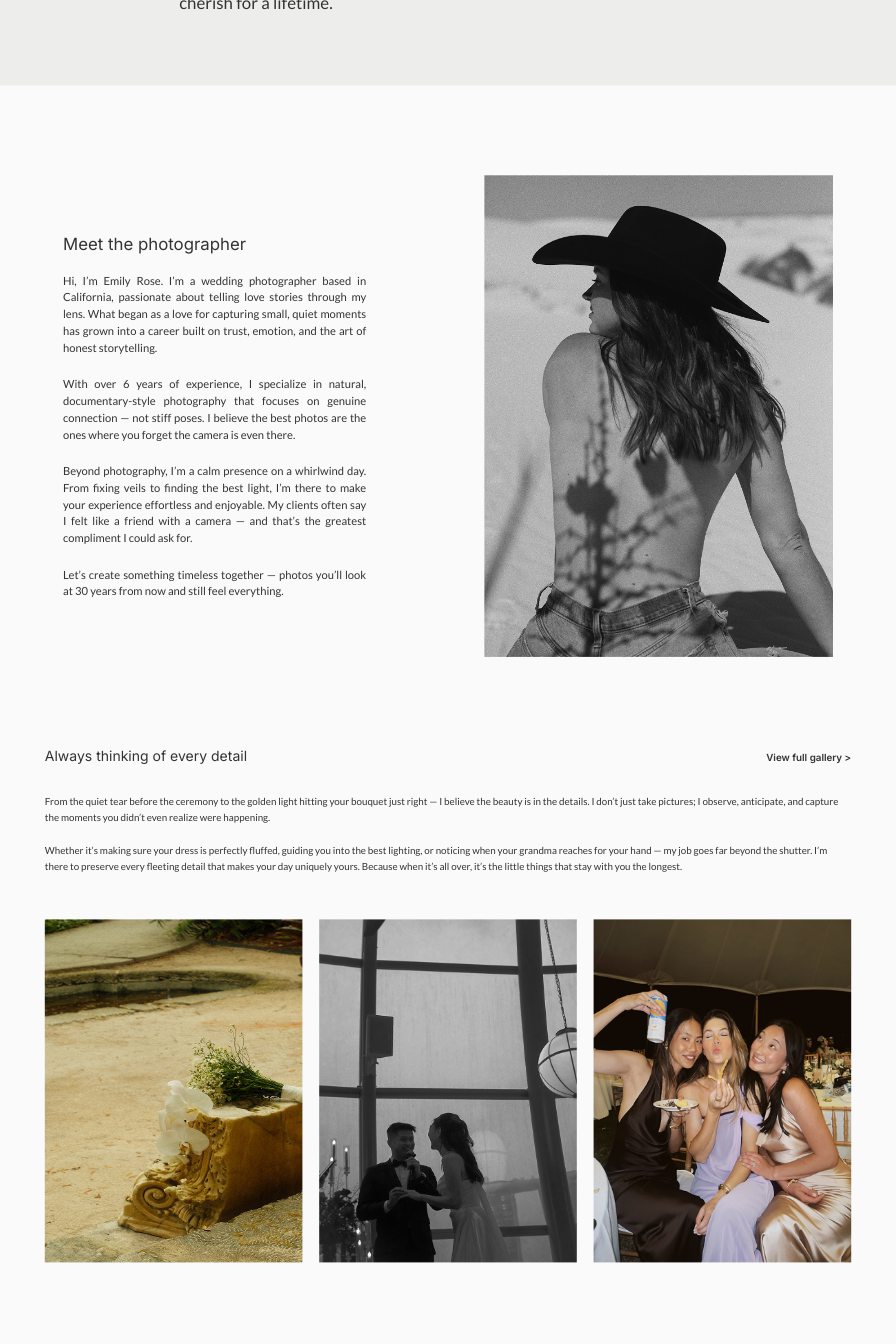
Repository: eduarda-magnago/wt-photography
Page: /
An editor plug-in stored every save of this project. The page is shown before and after the next save, followed by the edit.
The browser window is 1280 px wide. The pictures show the part of the page from y = 949 to 2869 px (the page is 3849 px tall before and 3826 px after), at 70% of full size.
Some web fonts or font styles are not loaded; a fallback is used. The project was rebuilt for these pictures with package versions that can differ from the ones it lists, and the page was loaded fresh each time. The framework's server and built-in components were replaced by stand-ins that run in the browser. Also part of the build but not shown: next.config.ts.

Above is the page before, as saved 2026-10-14 12:45:02.

### app/layout.tsx
import type { Metadata } from "next";
import { Inter, Lato, Cormorant_SC } from "next/font/google";
import Header from "@/components/layout/header";
import Footer from "@/components/layout/footer";
import "./globals.css";

const inter = Inter({
  subsets: ["latin"],
  variable: "--font-inter",
});

const lato = Lato({
  subsets: ["latin"],
  weight: ["300", "400", "700"],
  variable: "--font-lato",
});

const cormorant = Cormorant_SC({
  subsets: ["latin"],
  weight: ["300", "400", "500"],
  variable: "--font-cormorant",
});

export const metadata: Metadata = {
  title: "WT Timeless Photography",
  description: "Timeless wedding photography",
};

export default function RootLayout({
  children,
}: {
  children: React.ReactNode;
}) {
  return (
    <html
      lang="en"
      className={`${inter.variable} ${lato.variable} ${cormorant.variable}`}
    >
      <body className="font-sans antialiased">
        <Header />
        <main>{children}</main>
        <Footer />
      </body>
    </html>
  );
}

### app/page.tsx
import Hero from "@/components/hero";
import Intro from "@/components/home/intro";
import About from "@/components/home/about";
import Details from "@/components/home/details";
import Testimonials from "@/components/home/testimonials";

export default function Home() {
  return (
    <>
      <Hero
        eyebrow="Timeless Wedding Photography"
        title="Capturing the essence of your treasured moments"
        image="/img/hero-bg.jpg"
      />
      <Intro />
      <About />
      <Details />
      <Testimonials />
    </>
  );
}

### components/layout/header.tsx
"use client";

import { useState } from "react";
import Image from "next/image";
import Link from "next/link";

const navLinks = [
  { label: "Home", href: "/" },
  { label: "About me", href: "/#about" },
  { label: "Gallery", href: "/#gallery" },
  { label: "Testimonials", href: "/#testimonials" },
  { label: "Contact Us", href: "/contact#contact-form" },
];

export default function Header() {
  const [open, setOpen] = useState(false);

  return (
    <header className="absolute inset-x-0 top-0 z-30">
      <div className="flex items-start justify-between px-6 py-8 md:px-14">
        <ul className="flex items-center gap-3">
          <li>
            <a
              href="#"
              aria-label="Instagram"
              className="relative block h-[19px] w-[18px] transition-opacity hover:opacity-70"
            >
              <Image
                src="/img/instagram.png"
                alt=""
                fill
                sizes="18px"
                className="object-contain"
              />
            </a>
          </li>
          <li>
            <a
              href="#"
              aria-label="Facebook"
              className="relative block h-[18px] w-[18px] transition-opacity hover:opacity-70"
            >
              <Image
                src="/img/facebook.png"
                alt=""
                fill
                sizes="18px"
                className="object-contain"
              />
            </a>
          </li>
          <li>
            <a
              href="#"
              aria-label="YouTube"
              className="relative block h-[18px] w-[18px] transition-opacity hover:opacity-70"
            >
              <Image
                src="/img/youtube.png"
                alt=""
                fill
                sizes="18px"
                className="object-contain"
              />
            </a>
          </li>
          <li>
            <a
              href="#"
              aria-label="LinkedIn"
              className="relative block h-[18px] w-[18px] transition-opacity hover:opacity-70"
            >
              <Image
                src="/img/linkedin.png"
                alt=""
                fill
                sizes="18px"
                className="object-contain"
              />
            </a>
          </li>
        </ul>

        <button
          type="button"
          onClick={() => setOpen(true)}
          aria-label="Open menu"
          className="relative block h-6 w-9 transition-opacity hover:opacity-70"
        >
          <Image
            src="/img/menu.png"
            alt=""
            fill
            sizes="36px"
            className="object-contain"
          />
        </button>
      </div>

      {open && (
        <div className="fixed inset-0 z-40 flex items-center justify-center bg-ink/95">
          <button
            type="button"
            onClick={() => setOpen(false)}
            aria-label="Close menu"
            className="absolute right-6 top-8 text-3xl text-white md:right-14"
          >
            ✕
          </button>
          <nav>
            <ul className="flex flex-col items-center gap-8">
              {navLinks.map((link) => (
                <li key={link.label}>
                  <Link
                    href={link.href}
                    onClick={() => setOpen(false)}
                    className="font-heading text-2xl text-white"
                  >
                    {link.label}
                  </Link>
                </li>
              ))}
            </ul>
          </nav>
        </div>
      )}
    </header>
  );
}

### components/layout/footer.tsx
import Image from "next/image";
import Link from "next/link";

const exploreLinks = [
  { label: "Home", href: "/" },
  { label: "About me", href: "/#about" },
  { label: "Gallery", href: "/#gallery" },
  { label: "Testimonials", href: "/#testimonials" },
  { label: "Contact Us", href: "/contact#contact-form" },
];

export default function Footer() {
  return (
    <footer>
      <div className="bg-ink px-6 py-16 text-sm text-white md:px-14">
        <div className="mx-auto max-w-5xl">
          <div className="border-t border-white/30 pt-12">
            <div className="grid gap-12 md:grid-cols-[1fr_auto_auto] md:gap-20">
              <div>
                <Image
                  src="/img/logo.png"
                  alt="WT Timeless Photography"
                  width={240}
                  height={110}
                />
                <p className="mt-6 max-w-xs">
                  With a natural and artistic approach, we create photographs
                  that reflect everything.
                </p>
                <ul className="mt-6 flex items-center gap-3">
                  <li>
                    <a href="#" aria-label="Instagram" className="transition-opacity hover:opacity-70">
                      <Image src="/img/instagram.png" alt="" width={18} height={18} />
                    </a>
                  </li>
                  <li>
                    <a href="#" aria-label="Facebook"
                      className="relative block h-[18px] w-[18px] transition-opacity hover:opacity-70"
                    >
                      <Image src="/img/facebook.png" alt="" fill sizes="18px" className="object-contain"/>
                    </a>
                  </li>
                  <li>
                    <a href="#" aria-label="YouTube" className="transition-opacity hover:opacity-70">
                      <Image src="/img/youtube.png" alt="" width={18} height={18} />
                    </a>
                  </li>
                  <li>
                    <a href="#" aria-label="LinkedIn" className="transition-opacity hover:opacity-70">
                      <Image src="/img/linkedin.png" alt="" width={18} height={18} />
                    </a>
                  </li>
                </ul>
              </div>

              <div>
                <h3 className="mb-6 text-xs uppercase tracking-widest">
                  Explore
                </h3>
                <ul className="space-y-2">
                  {exploreLinks.map((link) => (
                    <li key={link.label}>
                      <Link href={link.href}>{link.label}</Link>
                    </li>
                  ))}
                </ul>
              </div>

              <div>
                <h3 className="mb-6 text-xs uppercase tracking-widest">
                  Enquiries
                </h3>
                <address className="not-italic leading-relaxed">
                  641 Route de Gibannaz
                  <br />
                  Les Gets
                  <br />
                  74260
                </address>
                <div className="mt-6 flex flex-col gap-1 underline">
                  <a href="tel:+33685204809">+33 (0)6 85 20 48 09</a>
                  <a href="tel:+447967728009">+44 (0)7967 728009</a>
                </div>
                <a
                  href="mailto:info@weddingphoto.com"
                  className="mt-6 block underline"
                >
                  info@weddingphoto.com
                </a>
              </div>
            </div>

            <div className="mt-16 flex flex-col gap-4 border-t border-white/30 pt-6 text-xs md:flex-row md:justify-between">
              <p>
                Designed &amp; developed by{" "}
                <a href="https://www.instagram.com/webstudio.em" target="_blank" rel="noopener noreferrer" className="underline">
                  EM Studio
                </a>
              </p>
              <div className="flex gap-6 underline">
                <a href="#">Terms &amp; Conditions</a>
                <a href="#">Privacy Policy</a>
              </div>
            </div>
          </div>
        </div>
      </div>
      <p className="bg-neutral-200 px-6 py-5 text-center text-xs uppercase tracking-wide">
        © WT Timeless Photography 2026 - All the rights reserved.
      </p>
    </footer>
  );
}

### app/globals.css
@import "tailwindcss";

@theme inline {
  --font-sans: var(--font-lato);
  --font-heading: var(--font-inter);
  --font-hero: var(--font-cormorant);

  --color-ink: #333333;
  --color-sand: #ededeb;
  --color-paper: #fafafa;
  --color-blush: #f4e6dc;
}

html {
  scroll-behavior: smooth;
}

body {
  background: var(--color-paper);
  color: var(--color-ink);
}

### components/hero.tsx
import Image from "next/image";
import Link from "next/link";

type HeroProps = {
  eyebrow: string;
  title: string;
  image: string;
  ctaLabel?: string;
  ctaHref?: string;
};

export default function Hero({
  eyebrow,
  title,
  image,
  ctaLabel = "Explore our gallery",
  ctaHref = "/#gallery",
}: HeroProps) {
  return (
    <section className="relative flex h-[70vh] min-h-[715px] items-center justify-center overflow-hidden">
      <Image
        src="/img/hero.png"
        alt=""
        fill
        priority
        sizes="100vw"
        className="object-cover"
      />
      <div className="absolute inset-0 bg-black/20" />
      <div className="relative z-10 flex max-w-3xl flex-col items-center px-6 text-center text-white">
        <p className="mb-4 text-sm">{eyebrow}</p>
        <h1 className="font-hero text-5xl leading-[0.9] md:text-7xl">
          {title}
        </h1>
        <Link
          href={ctaHref}
          className="mt-8 border-b border-white pb-1 text-xs uppercase tracking-wider"
        >
          {ctaLabel}
        </Link>
      </div>
    </section>
  );
}

### components/home/intro.tsx
export default function Intro() {
  return (
    <section className="bg-sand px-6 py-22 md:py-25">
      <p className="mx-auto max-w-3xl text-justify text-xl leading-relaxed md:text-2xl">
        Your love story is one of a kind, filled with genuine emotions,
        meaningful details, and unforgettable moments. Our passion is to
        preserve those fleeting seconds and transform them into timeless images
        that you will cherish for a lifetime.
      </p>
    </section>
  );
}

### components/home/about.tsx
import Image from "next/image";

export default function About() {
  return (
    <section id="about" className="bg-paper px-6 py-24 md:px-14 md:py-32">
      <div className="mx-auto grid max-w-[1100px] items-center gap-12 md:grid-cols-[435fr_500fr] md:gap-x-16 xl:gap-x-[169px]">
        <div>
          <h2 className="font-heading text-2xl">Meet the photographer</h2>

          <div className="mt-6 space-y-7 text-justify text-base leading-6">
            <p>
              Hi, I’m Emily Rose. I’m a wedding photographer based in
              California, passionate about telling love stories through my
              lens. What began as a love for capturing small, quiet moments has
              grown into a career built on trust, emotion, and the art of
              honest storytelling.
            </p>
            <p>
              With over 6 years of experience, I specialize in natural,
              documentary-style photography that focuses on genuine connection
              — not stiff poses. I believe the best photos are the ones where
              you forget the camera is even there.
            </p>
            <p>
              Beyond photography, I’m a calm presence on a whirlwind day. From
              fixing veils to finding the best light, I’m there to make your
              experience effortless and enjoyable. My clients often say I felt
              like a friend with a camera — and that’s the greatest compliment
              I could ask for.
            </p>
            <p>
              Let’s create something timeless together — photos you’ll look at
              30 years from now and still feel everything.
            </p>
          </div>
        </div>

        <div className="relative aspect-[619/855] w-full">
          <Image
            src="/img/about.png"
            alt="Wedding photographer picture"
            fill
            sizes="(min-width: 1280px) 500px, (min-width: 768px) 50vw, 100vw"
            className="object-cover"
          />
        </div>
      </div>
    </section>
  );
}

### components/home/details.tsx
import Image from "next/image";
import Link from "next/link";

const photos = [
  { src: "/img/detail1.png", alt: "Bouquet resting on a golden ornament" },
  { src: "/img/detail2.png", alt: "Couple dancing by a large window" },
  { src: "/img/detail3.png", alt: "Bridesmaids laughing together" },
];

export default function Details() {
  return (
    <section id="gallery" className="bg-paper px-6 pb-24 md:px-14 md:pb-32">
      <div className="mx-auto max-w-6xl">
        <div className="flex items-baseline justify-between">
          <h2 className="font-heading text-xl">
            Always thinking of every detail
          </h2>
          <Link href="/#gallery" className="font-heading text-sm font-semibold">
            View full gallery &gt;
          </Link>
        </div>

        <div className="mt-10 space-y-6 text-sm leading-relaxed">
          <p>
            From the quiet tear before the ceremony to the golden light hitting
            your bouquet just right — I believe the beauty is in the details. I
            don’t just take pictures; I observe, anticipate, and capture the
            moments you didn’t even realize were happening.
          </p>
          <p>
            Whether it’s making sure your dress is perfectly fluffed, guiding
            you into the best lighting, or noticing when your grandma reaches
            for your hand — my job goes far beyond the shutter. I’m there to
            preserve every fleeting detail that makes your day uniquely yours.
            Because when it’s all over, it’s the little things that stay with
            you the longest.
          </p>
        </div>

        <div className="mt-16 grid gap-6 md:grid-cols-3">
          {photos.map((photo) => (
            <div key={photo.src} className="relative aspect-[3/4]">
              <Image
                src={photo.src}
                alt={photo.alt}
                fill
                sizes="(min-width: 768px) 33vw, 100vw"
                className="object-cover"
              />
            </div>
          ))}
        </div>
      </div>
    </section>
  );
}

### components/home/testimonials.tsx
"use client";

import { useState } from "react";
import Image from "next/image";

const testimonials = [
  {
    name: "Anna C.",
    image: "/img/testimonial.png",
    quote:
      "I had a very amazing contracting WP for my wedding. They are super kind team and I always felt I could trust 100% in their work. When I received the pictures I was more surprised than I imagined, really good quality! No regrets.",
  },
];

export default function Testimonials() {
  const [index, setIndex] = useState(0);
  const current = testimonials[index];

  function next() {
    setIndex((prev) => (prev + 1) % testimonials.length);
  }

  return (
    <section id="testimonials" className="bg-sand px-6 py-20 md:px-14">
      <div className="mx-auto grid max-w-5xl items-center gap-10 md:grid-cols-[auto_1fr] md:gap-16">
        <div className="relative h-48 w-48 overflow-hidden rounded-full md:h-56 md:w-56">
          <Image
            src={current.image}
            alt={current.name}
            fill
            sizes="224px"
            className="object-cover"
          />
        </div>

        <div>
          <h3 className="font-heading text-xl">{current.name}</h3>
          <blockquote className="mt-4 text-justify text-lg leading-relaxed">
            “{current.quote}”
          </blockquote>
          <button
            type="button"
            onClick={next}
            className="font-heading mt-8 ml-auto block text-sm font-semibold"
          >
            {index + 1}/{testimonials.length} &gt;
          </button>
        </div>
      </div>
    </section>
  );
}

After the next save:
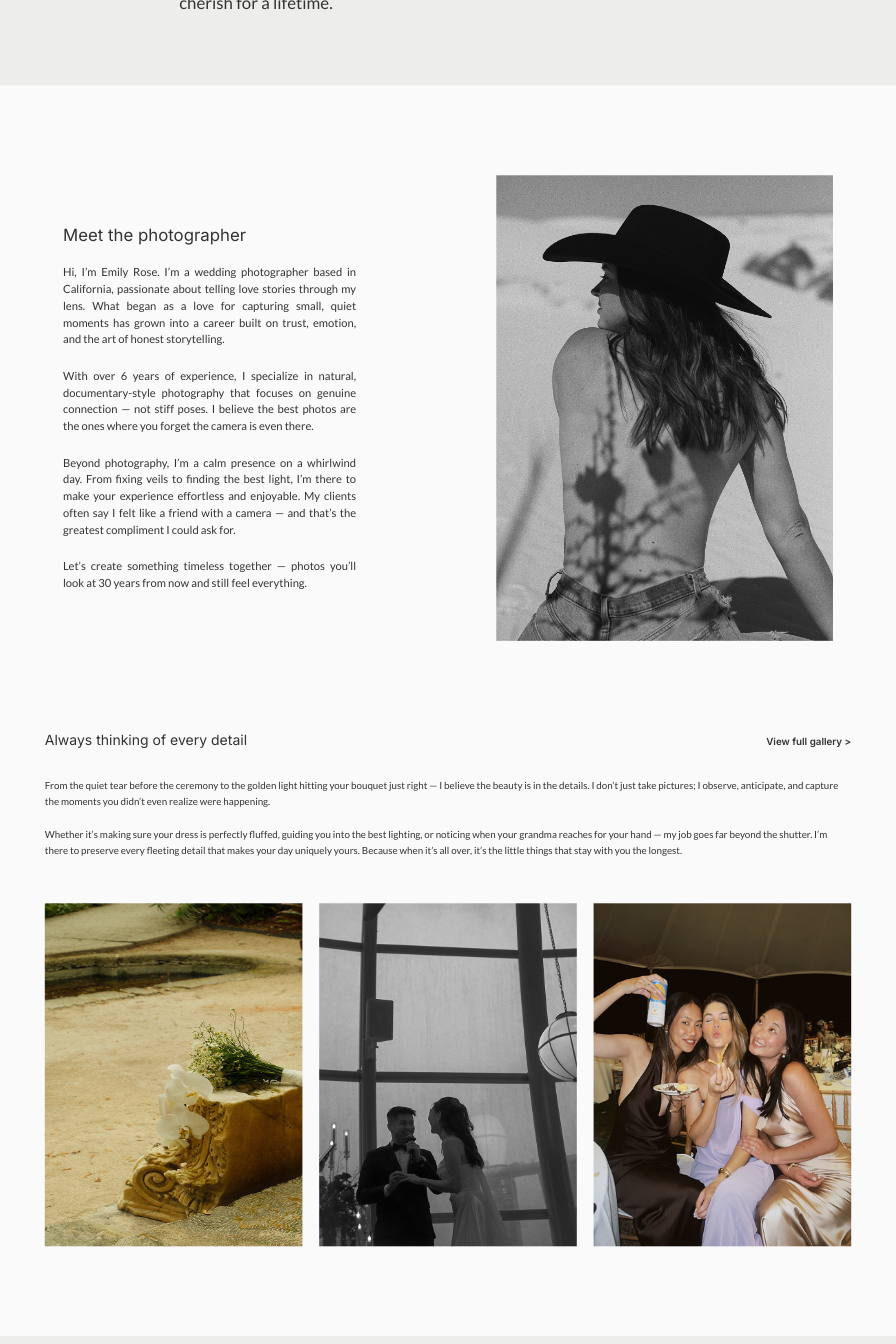
Saved 42 s later.
--- a/components/home/about.tsx
+++ b/components/home/about.tsx
@@ -3,7 +3,7 @@ import Image from "next/image";
 export default function About() {
   return (
     <section id="about" className="bg-paper px-6 py-24 md:px-14 md:py-32">
-      <div className="mx-auto grid max-w-[1100px] items-center gap-12 md:grid-cols-[435fr_500fr] md:gap-x-16 xl:gap-x-[169px]">
+      <div className="mx-auto grid max-w-[1100px] items-center gap-12 md:grid-cols-[435fr_500fr] md:gap-x-16 xl:gap-x-[200px]">
         <div>
           <h2 className="font-heading text-2xl">Meet the photographer</h2>
 
